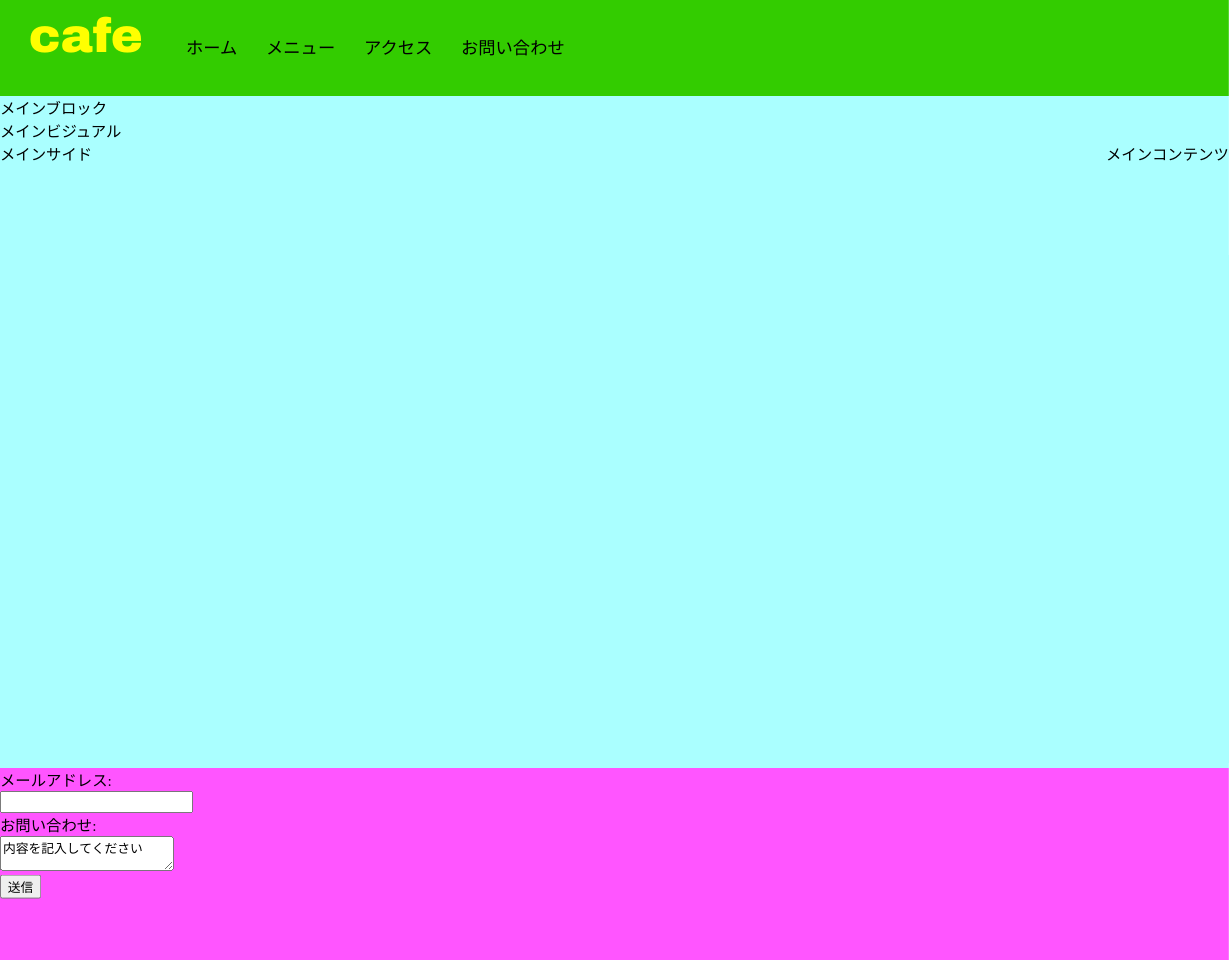
Repository: REO0315/samurai_HTML-CSS
Page: index.html
The author's editor kept a record of every edit. The page is drawn from the files as they stood at one moment, then again after the next edit.
The browser window is 1280 px wide. The pictures show the whole page, at 96% of full size.

Above is the page before.

After the next edit:
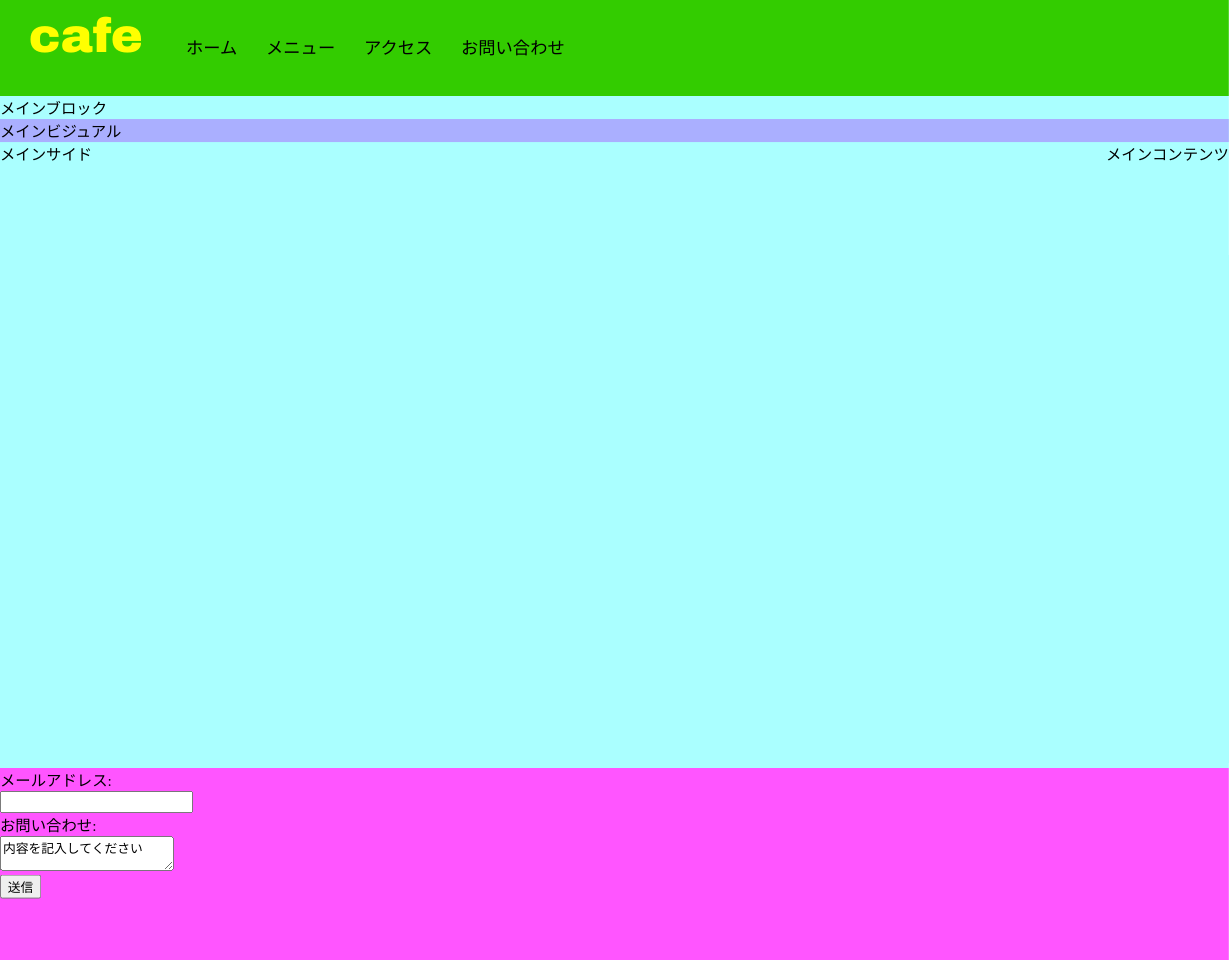
The edit:
--- a/style.css
+++ b/style.css
@@ -41,7 +41,7 @@
 }
 
 .main_visual{
-
+    background-color:#aaafff;
 }
 
 .main_side{
